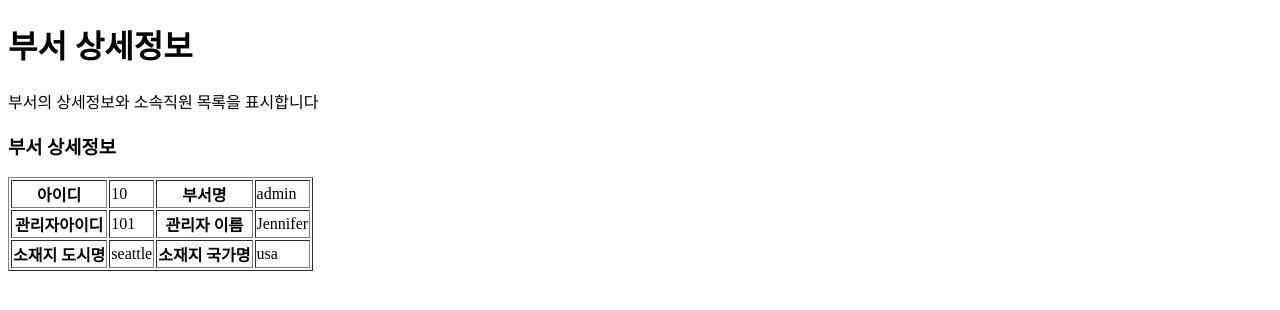
Repository: qwer1227/Jsp_study
Page: http://localhost/hr/dept/detail.jsp
These files come from the project's save history. The page is drawn as it stood at one moment and after the next save; the edit follows.
The browser window is 1280 px wide. The pictures show the whole page.
The page is served by Tomcat 9.

Above is the page before, as saved 2024-08-07 02:07:18.

After the next save:
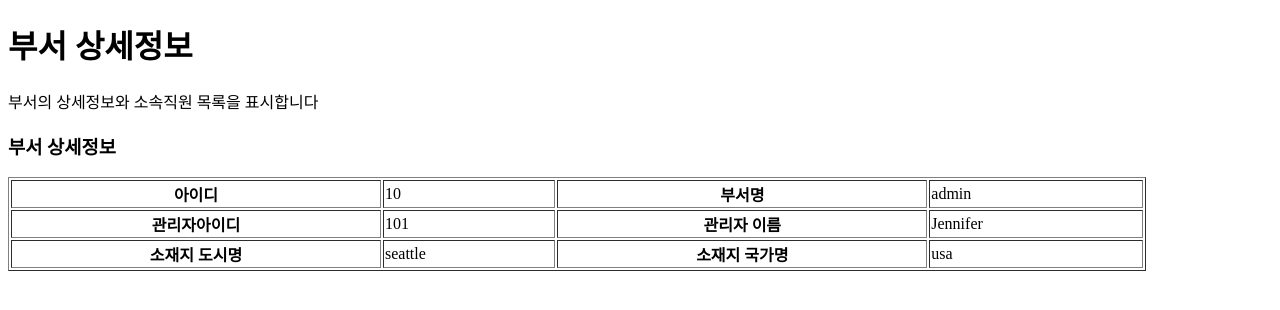
Saved 3 min 45 s later.
--- a/hr/src/main/webapp/dept/detail.jsp
+++ b/hr/src/main/webapp/dept/detail.jsp
@@ -28,7 +28,7 @@
 %>
 
 	<h3>부서 상세정보</h3>
-	<table border="1">
+	<table border="1"style="width: 90%">
 		<tbody>
 			<tr>
 				<th>아이디</th>
